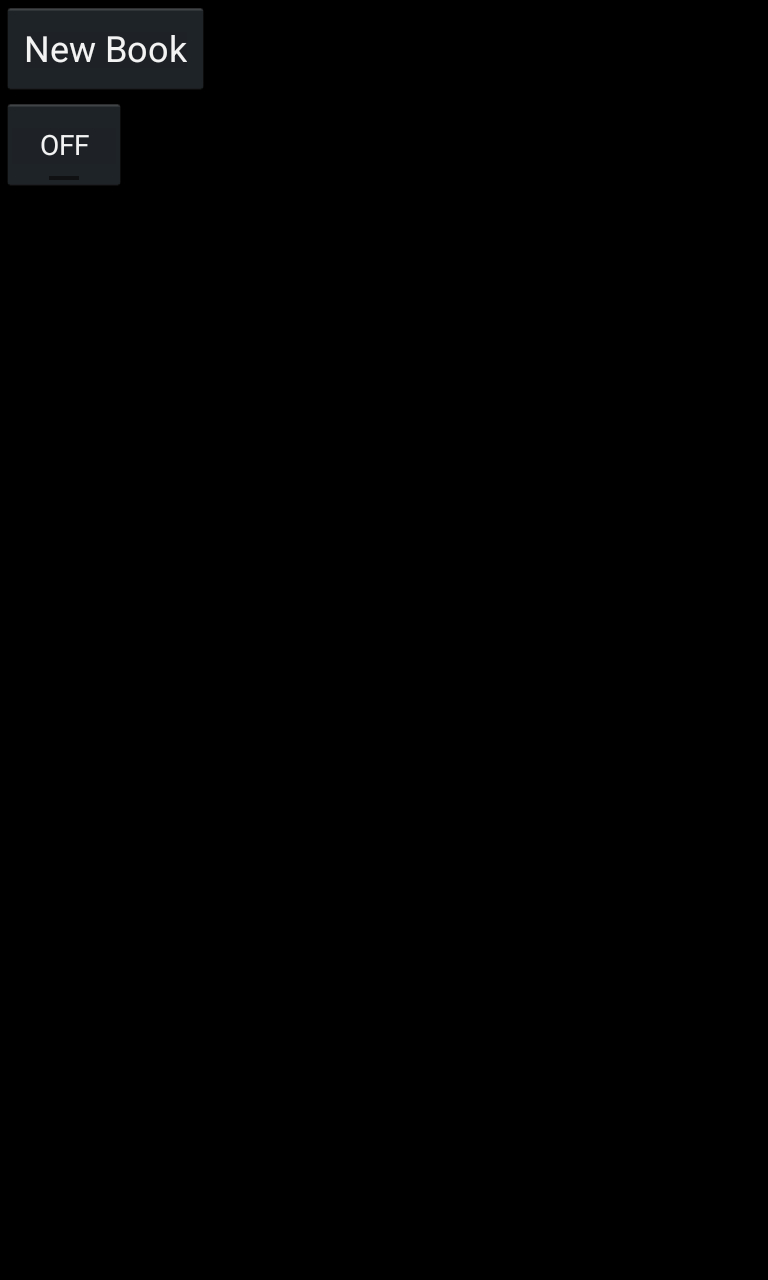
Repository: ringe/andra
Layout: Bookie/res/layout/list.xml
These files come from the project's save history. The layout is drawn as it stood at one moment and after the next save; the edit follows.
It is drawn on a 768 x 1280 px phone screen (xhdpi) without system bars, with theme android:Theme.Holo; the app's code is not run. Lists and similar views that code fills are empty.

Above is the layout before, as saved 2012-02-29 09:31:44.

After the next save:
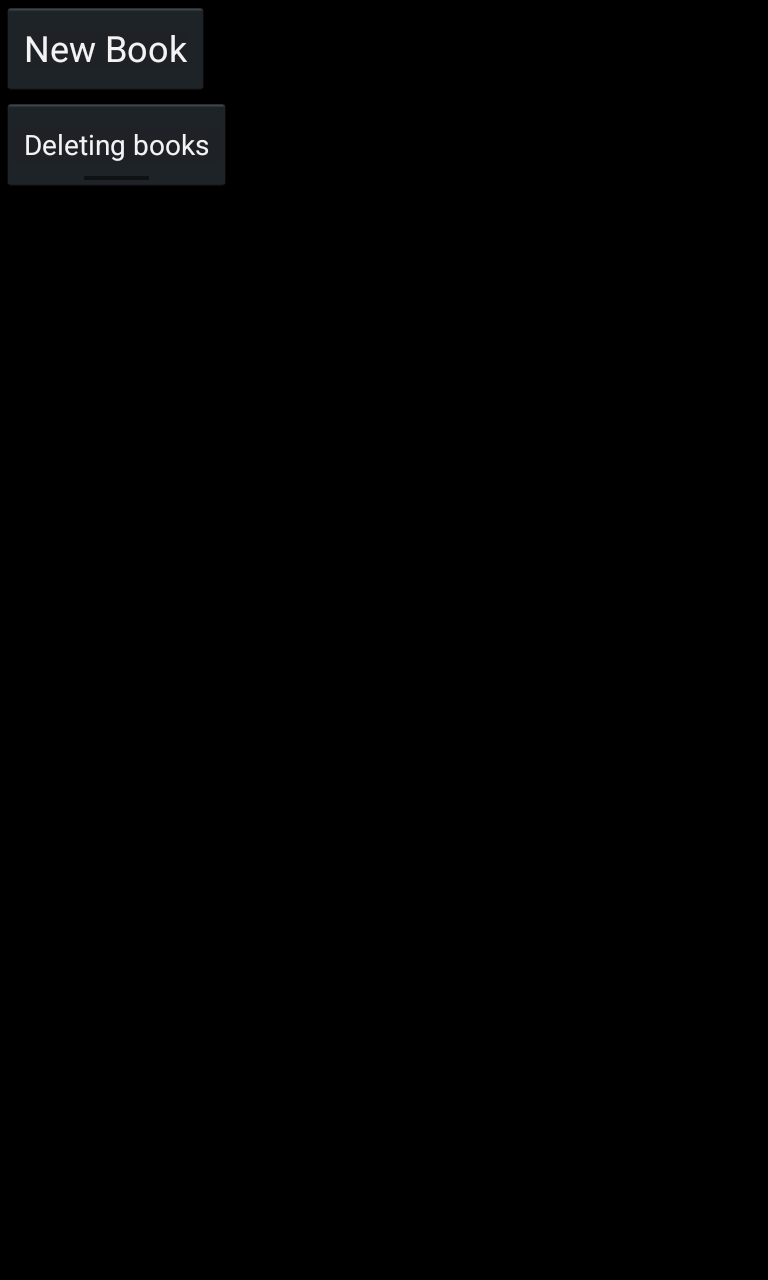
Saved 4 min 13 s later.
--- a/Bookie/res/layout/list.xml
+++ b/Bookie/res/layout/list.xml
@@ -14,7 +14,9 @@
         android:id="@+id/deletebook"
         android:layout_width="wrap_content"
         android:layout_height="wrap_content"
-        android:text="Delete Book" />
+        android:text="Delete Books"
+        android:textOn="Delete books"
+        android:textOff="Deleting books"/>
 
     <ListView
         android:id="@+id/booklist"
